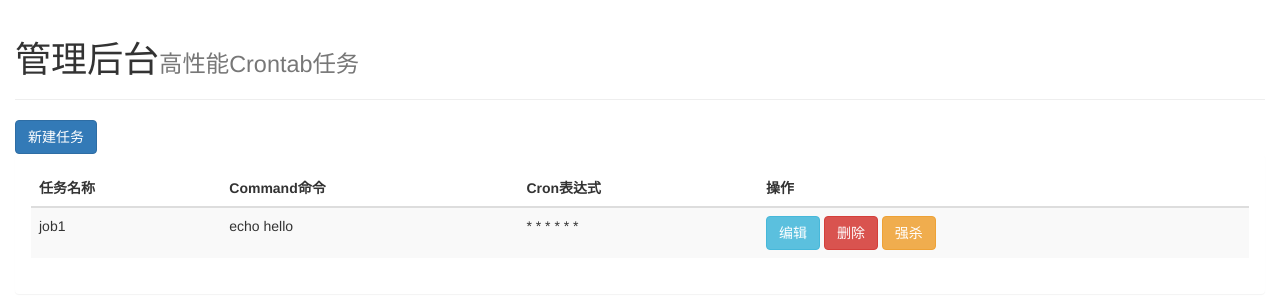
Repository: hellosz/GoCron
Page: src/master/main/public/index.html
These files come from the project's save history. The page is drawn as it stood at one moment and after the next save; the edit follows.
The browser window is 1280 px wide. The pictures show the whole page.

Above is the page before, as saved 2021-08-30 16:06:17.

### src/master/main/public/index.html
<!DOCTYPE html>
<html lang="en">
<head>
    <meta charset="UTF-8">
    <meta http-equiv="X-UA-Compatible" content="IE=edge">
    <meta name="viewport" content="width=device-width, initial-scale=1.0">
    <title>高性能 Crontab</title>
    <script src="https://cdn.bootcdn.net/ajax/libs/jquery/3.5.1/jquery.min.js"></script>
    <link href="https://cdn.bootcdn.net/ajax/libs/twitter-bootstrap/3.3.7/css/bootstrap.min.css" rel="stylesheet">
    <script src="https://cdn.bootcdn.net/ajax/libs/twitter-bootstrap/3.3.7/js/bootstrap.min.js"></script>
</head>
<body>
    <div class="container-fluid">
        <!-- 头部 -->
        <div class="row">
            <div class="col-md-12">
                <div class="page-header">
                    <h1>
                        管理后台<small>高性能Crontab任务</small>
                    </h1>
                </div>
            </div>
        </div>
        <!-- 操作按钮 -->
        <div class="row">
            <div class="col-md-12">
                <button type="button" class="btn btn-primary new-job">
                    新建任务
                </button>
            </div>
        </div>

        <!-- 任务列表 -->
        <div class="row">
            <div class="col-md-12">
                <div class="panel">
                    <div class="panel-body">
                        <table class="table table-striped" id="jobTable">
                            <thead>
                                <tr>
                                    <th>任务名称</th>
                                    <th>Command命令</th>
                                    <th>Cron表达式</th>
                                    <th>操作</th>
                                </tr>
                            </thead>
                            <tbody>
                                <tr>
                                    <td>job1</td>
                                    <td>echo hello</td>
                                    <td>* * * * * *</td>
                                    <td>
                                        <div class="tool-bar">
                                            <button class="btn btn-info edit-job">编辑</button>
                                            <button class="btn btn-danger delete-job">删除</button>
                                            <button class="btn btn-warning kill-job">强杀</button>
                                        </div>
                                    </td>
                                </tr>
                            </tbody>
                        </table>
                    </div>
                </div>
            </div>

        </div>
    </div>



    <!-- 代码  -->
    <script>
        $(document).ready(function () {
            // 监听事件
            $("#jobTable").on("click", ".edit-job",function (event) {
                alert("edit");
            });
            $("#jobTable").on("click", ".delete-job",function (event) {
                alert("delete");
            });
            $("#jobTable").on("click", ".kill-job",function (event) {
                alert("kill");
            });
            $(".new-job").on("click",function (event) {
                alert("new");
            });

            // 列表刷新
            function freshList() {
                // 清空列表
                $("#jobTable tobody").empty();

                // 发送请求
                $.ajax({
                    type: "get",
                    url: "/job/list",
                    dataType: "json",
                    success: function (response) {
                        if (response.status == -1) {
                            // 请求失败，静默处理
                            return
                        }

                        // 结果渲染
                        var list = resposne.data
                        for (var index = 0; index < list.length; index++) {
                            data = list[index]
                            var rowDom = $("<tr>");
                            rowDom.append($("<td>").html(data.name));
                            rowDom.append($("<td>").html(data.command));
                            rowDom.append($("<td>").html(data.cron_exp));
                            var toolBar = $("td");
                            toolBar.append("<button class=\"btn btn-info edit-job\">编辑</button>");
                            toolBar.append("<button class=\"btn btn-delete delete-job\">删除</button>");
                            toolBar.append("<button class=\"btn btn-warning kill-job\">强杀</button>");
                            rowDom.append(toolBar);

                            $("#jobTable tbody").append($rowDom)
                        }


                    }
                });

                // 初始化列表
                freshList();
            }

        })
    </script>
</body>
</html>

After the next save:
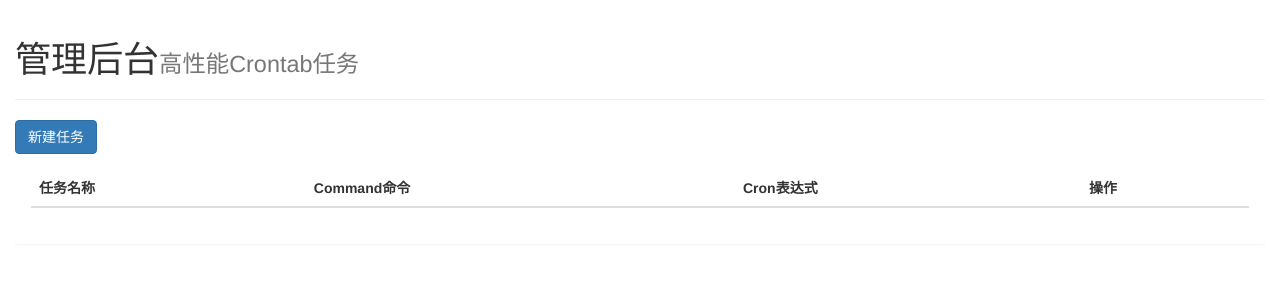
Saved 11 s later.
--- a/src/master/main/public/index.html
+++ b/src/master/main/public/index.html
@@ -45,7 +45,7 @@
                                 </tr>
                             </thead>
                             <tbody>
-                                <tr>
+                                <!-- <tr>
                                     <td>job1</td>
                                     <td>echo hello</td>
                                     <td>* * * * * *</td>
@@ -56,7 +56,7 @@
                                             <button class="btn btn-warning kill-job">强杀</button>
                                         </div>
                                     </td>
-                                </tr>
+                                </tr> -->
                             </tbody>
                         </table>
                     </div>
